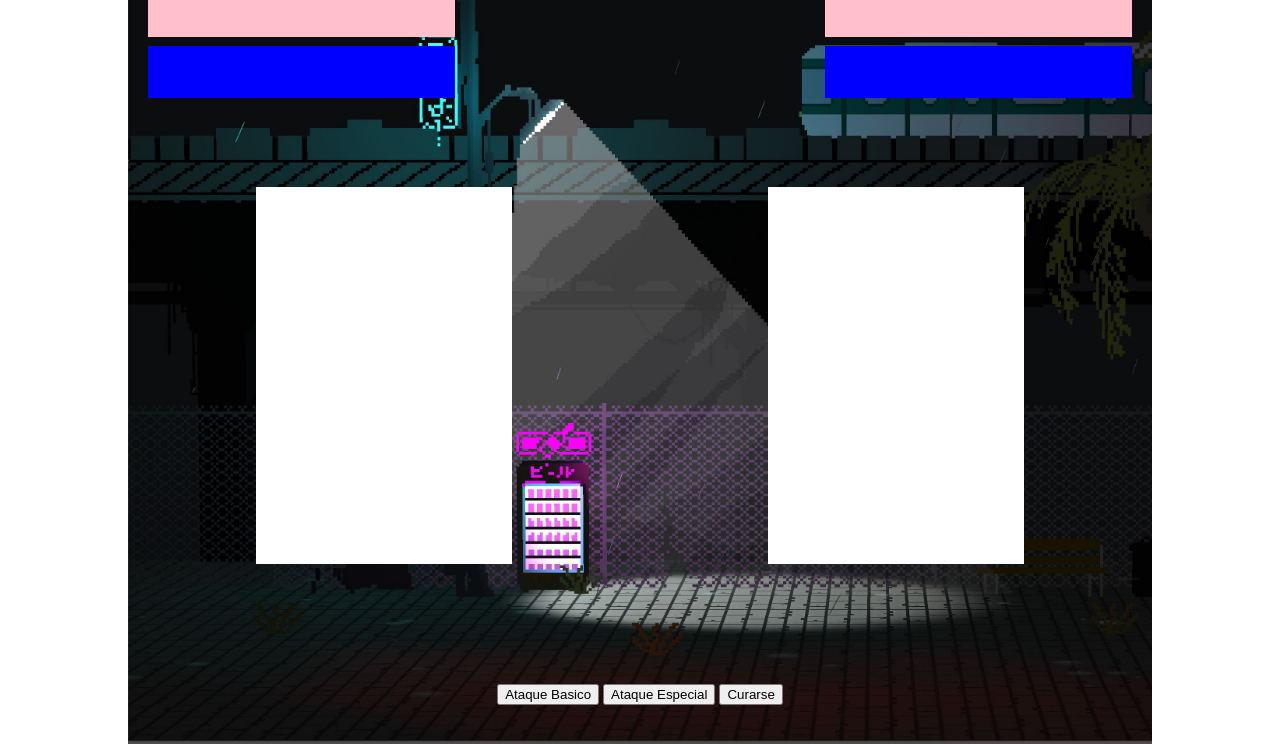
Repository: NovaDuel/novaduel-game
Page: index.html
An editor plug-in stored every save of this project. The page is shown before and after the next save, followed by the edit.
The browser window is 1280 px wide. The pictures show the whole page.

Above is the page before, as saved 2024-03-25 12:56:57.

### index.html
<!DOCTYPE html>
<html lang="en">
<head>
    <meta charset="UTF-8">
    <meta name="viewport" content="width=device-width, initial-scale=1.0">
    <link rel="stylesheet" href="style.css">
    <script src="main.js" defer></script>
    <title>NovaDuel</title>
</head>
<body>
    <div id="main-container">
        <div id="status">
            <div class="bars-wrapper">
                <div id="health-player" class="health"></div>
                <div id="stamina-player" class="stamina"></div>
            </div>
            <div class="bars-wrapper">
                <div id="health-enemy" class="health"></div>
                <div id="stamina-enemy" class="stamina"></div>
            </div>
        </div>
        <div id="characters">
            <div id="player" class="pj"></div>
            <div id="enemy" class="pj"></div>
        </div>
        <div id="actions">
            <div id="buttons">
                <button id="basic-attack">Ataque Basico</button>
                <button id="special-attack">Ataque Especial</button>
                <button id="heal-action">Curarse</button>
            </div>
        </div>
    </div>
</body>
</html>

### style.css
body {
    margin: 0;
    padding: 0;
    height: 100vh;
    display: flex;
    align-items: center;
    justify-content: center;
}

#main-container {
    width: 1024px;
    height: 768px;
    background-size: cover;
    background-image: url(./images/scenario.jpg);
}

#status {
    display: flex;
    justify-content: space-between;
    width: 100%;
    height: 17%;
}

.bars-wrapper {
    display: flex;
    flex-direction: column;
    justify-content: space-evenly;
    align-items: left;
    width: 30%;
    height: 100%;
    padding: 0 20px;
}

.health {
    width: 100%;
    height: 40%;
    background-color: pink;
}

.stamina {
    width: 100%;
    height: 40%;
    background-color: blue
}

#characters {
    display: flex;
    align-items: center;
    justify-content: space-around;
    width: 100%;
    height: 70%;
}

.pj {
    height: 70%;
    width: 25%;
    background-color: white;
}

#actions {
    height: 13%;
    display: flex;
    align-items: center;
    justify-content: center;
}

### main.js
const $$ = selector => document.querySelector(selector);

function Player (health, stamina, strength) {
    this.health = health;
    this.stamina = stamina;
    this.strength = strength;
    this.attackPlayer = function() {
        return this.strength;
    },
    this.specialAttackPlayer = function() {
        if (this.stamina >= 10) {
            this.stamina -= 10;
            return this.strength + 10 * Math.round(Math.random() * 3);
        }
    },
    this.receiveDamage = function(damage) {
        this.health -= damage;
    }
    this.healing = function() {
        if (this.stamina >= 20) {
            this.stamina -= 20;
            this.health += 50;
        }
    }
}


function Enemy (health, stamina, strength) {
    this.health = health;
    this.stamina = stamina;
    this.strength = strength;
    this.attackEnemy = function() {
        return this.strength;
    },
    this.specialAttackEnemy = function() {
        if (this.stamina >= 10) {
            this.stamina -= 10;
            return this.strength + 10 * Math.round(Math.random() * 3);
        }
    },
    this.receiveDamage = function (damage) {
        this.health -= damage;
    },
    this.healing = function() {
        if (this.stamina >= 20) {
            this.stamina -= 20;
            this.health += 50;
        }
    }
}

function Game() {

}

let player = new Player(100, 100, 20);
let enemy = new Enemy(100, 100, 18);

let actionsArray = ['attack', 'special', 'heal'],
    randomAction = Math.floor(Math.random() * 3);

function actionsEnemy(action) {
    switch(action) {
        case 0:
            let enemyStrength = enemy.attackEnemy();
            player.receiveDamage(enemyStrength);
            $$("#health-player").style.width = `${player.health}%`;
            break;
        case 1:
            let specialEnemyStrength = enemy.specialAttackEnemy();
            player.receiveDamage(specialEnemyStrength);
            $$("#health-player").style.width = `${player.health}%`;
            $$("#stamina-enemy").style.width = `${enemy.stamina}%`;
            break;
        case 2:
            enemy.healing();
            $$("#stamina-enemy").style.width = `${enemy.stamina}%`;
            break;
    }
}


$$('#basic-attack').addEventListener('click', function() {
    let playerStrength = player.attackPlayer();
    enemy.receiveDamage(playerStrength);
    $$("#health-enemy").style.width = `${enemy.health}%`;
    setTimeout(actionsEnemy, 500, randomAction);
})
$$('#special-attack').addEventListener('click', function() {
    let playerStrength = player.specialAttackPlayer();
    enemy.receiveDamage(playerStrength);
    $$("#health-enemy").style.width = `${enemy.health}%`;
    $$("#stamina-player").style.width = `${player.stamina}%`;
    setTimeout(actionsEnemy, 500, randomAction);
})
$$('#heal-action').addEventListener('click', function() {
    player.healing();
    $$("#stamina-player").style.width = `${player.stamina}%`;
    setTimeout(actionsEnemy, 500, randomAction);
})

After the next save:
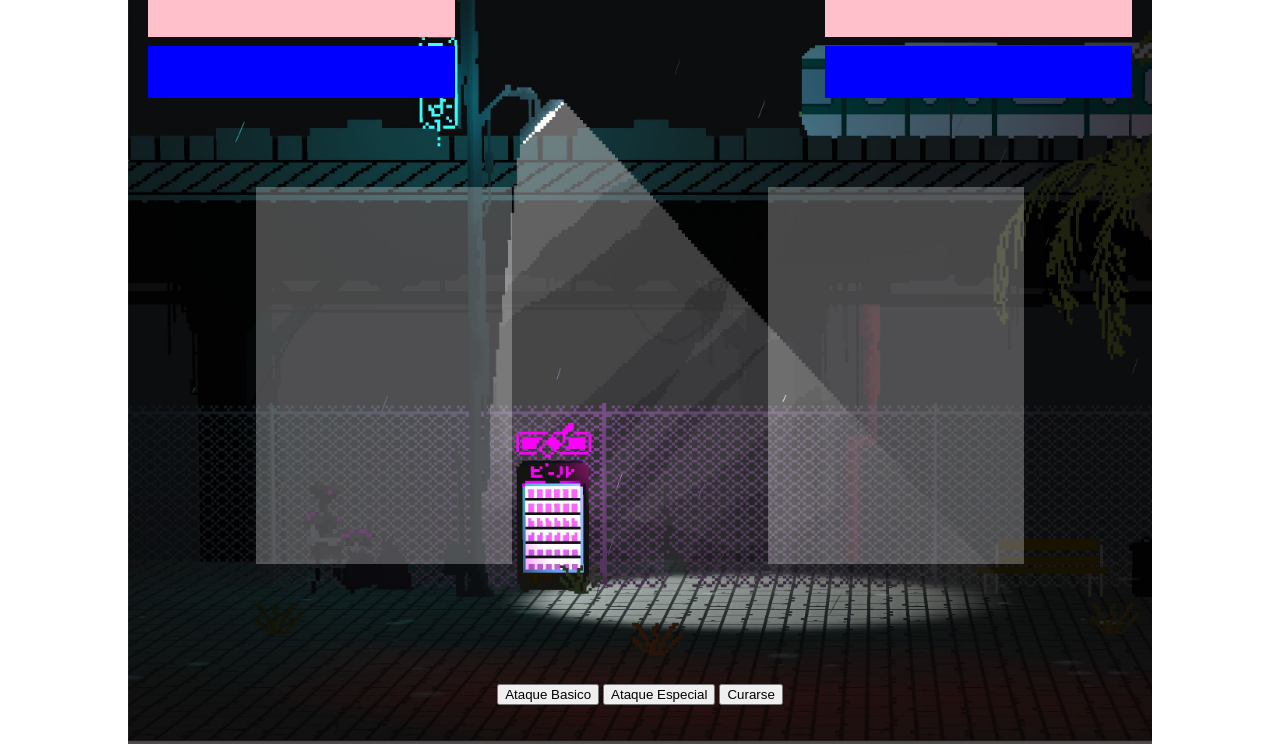
Saved 13 s later.
--- a/style.css
+++ b/style.css
@@ -54,7 +54,7 @@ body {
 .pj {
     height: 70%;
     width: 25%;
-    background-color: white;
+    background-color: rgba(255, 255, 255, 0.274);
 }
 
 #actions {
